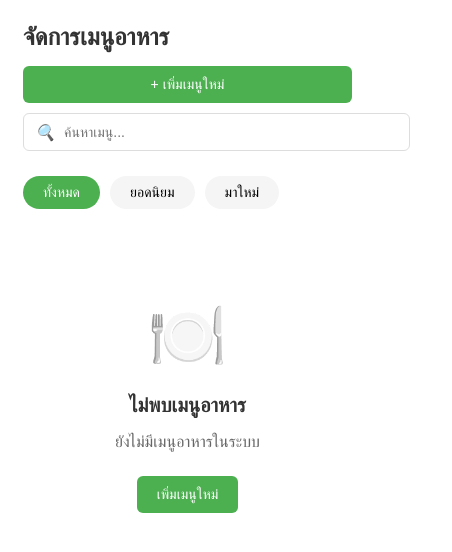
Repository: KwaunchaiJankaikot/mootod
Page: /menu-list (app in frontend/)
The author's editor kept a copy of each file at every save. The page is drawn from the files as they stood at one save, then again after the next save.
The browser window is 375 px wide. The page is 410 px wide, then 452 px, so the pictures cover 452 px, including what lies to the right of the window. The pictures show the whole page.
The page's requests for data from a server got no answer. The project was rebuilt for these pictures with package versions that can differ from the ones it lists, and the page was loaded fresh each time. No one was signed in, and anything a server would have sent is missing. Also part of the build but not shown: frontend/vue.config.js, frontend/src/components/HomePage.vue, frontend/src/components/AddMenu.vue, frontend/src/components/EditMenu.vue.

Above is the page before, as saved 2025-04-19 01:46:26.

After the next save:
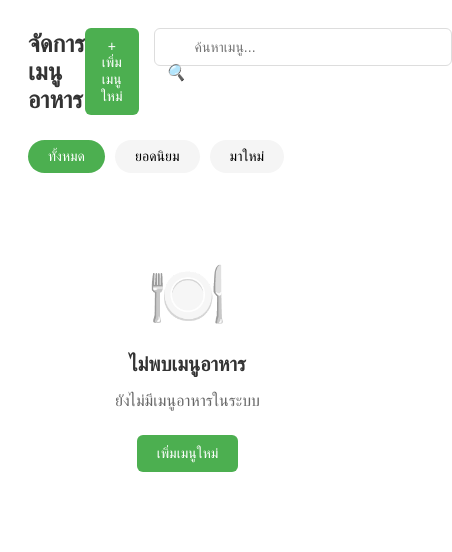
Saved 8 min 11 s later.
--- a/frontend/src/components/MenuList.vue
+++ b/frontend/src/components/MenuList.vue
@@ -324,8 +324,6 @@ export default {
   height: 200px;
   overflow: hidden;
   background-color: #f9f9f9;
-  /* border: 10px solid red; */
-
 }
 
 .menu-image img {
@@ -424,57 +422,4 @@ export default {
   background-color: #f44336;
   color: white;
 }
-.no-image {
-  display: flex;
-  justify-content: center;
-  align-items: center;
-  height: 100%;
-  font-size: 16px;
-  color: #aaa;
-}
-
-/* Responsive */
-@media (max-width: 768px) {
-  .page-header {
-    flex-direction: column;
-    align-items: flex-start;
-  }
-
-  .header-actions {
-    width: 100%;
-    margin-top: 15px;
-  }
-
-  .search-box {
-    flex-grow: 1;
-  }
-
-  .search-box input {
-    width: 100%;
-  }
-
-  .menu-grid {
-    grid-template-columns: repeat(auto-fill, minmax(240px, 1fr));
-  }
-}
-
-@media (max-width: 480px) {
-  .menu-list-container {
-    padding: 15px;
-  }
-
-  .header-actions {
-    flex-direction: column;
-    gap: 10px;
-  }
-
-  .menu-filters {
-    overflow-x: auto;
-    padding-bottom: 5px;
-  }
-
-  .menu-grid {
-    grid-template-columns: 1fr;
-  }
-}
 </style>
